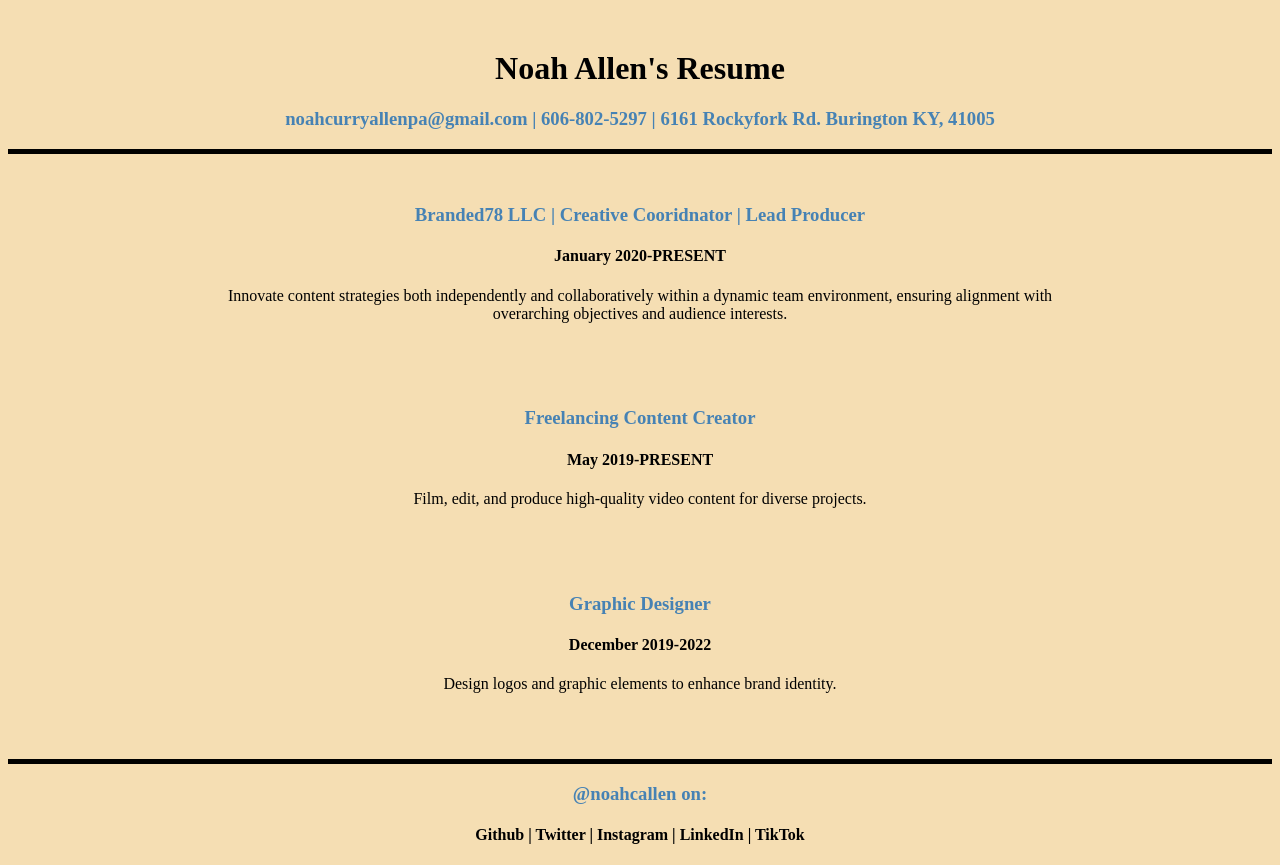
Repository: noahcallen/LAB-HTML-Resume
Page: index.html
The author's editor kept a copy of each file at every save. The page is drawn from the files as they stood at one save, then again after the next save.
The browser window is 1280 px wide. The pictures show the whole page.

Above is the page before, as saved 2024-07-08 21:53:36.

After the next save:
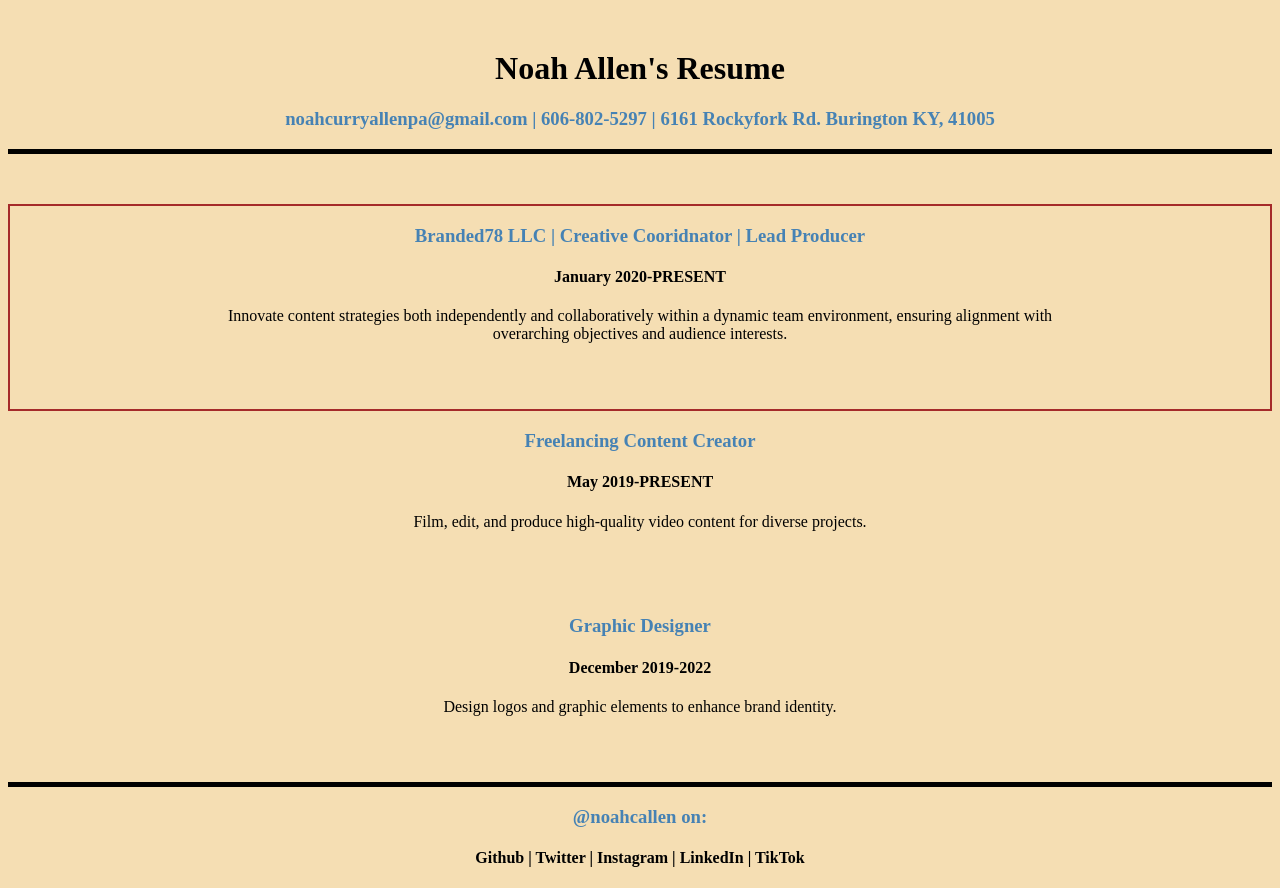
Saved 97 s later.
--- a/main.css
+++ b/main.css
@@ -14,6 +14,7 @@
 
 #Job1 {
   padding: 0px 200px 50px 200px;
+  border: solid 2px brown;
 }
 
 #Job2 {
